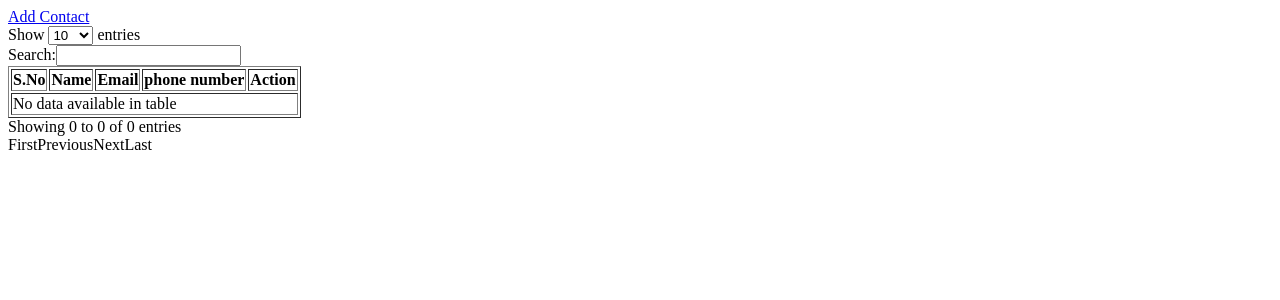
Repository: hsreekanth/Spring-boot-projects
Page: http://localhost/phonebook_app/views/viewContacts.jsp
The author's editor kept a copy of each file at every save. The page is drawn from the files as they stood at one save, then again after the next save.
The browser window is 1280 px wide. The pictures show the whole page.
Some web libraries are served in a nearby version. The page is served by Tomcat 9. Other server files are loaded and not shown. The template is opened directly, without the code that normally fills it, so the values that code supplies are empty.

Above is the page before, as saved 2020-07-10 08:39:53.

### phonebook_app/src/main/webapp/views/viewContacts.jsp
<%@ page language="java" contentType="text/html; charset=ISO-8859-1"
    pageEncoding="ISO-8859-1"%>
<%@ taglib uri="http://java.sun.com/jsp/jstl/core" prefix="c" %>
<!DOCTYPE html>
<html lang="en">
<head>
<meta charset="ISO-8859-1">
<title>Insert title here</title>
<link href="https://cdn.datatables.net/1.10.21/css/jquery.dataTables.min.css" rel="stylesheet" type="css/text">
<script src="https://code.jquery.com/jquery-3.5.1.js"></script>
<script src="https://cdn.datatables.net/1.10.21/js/jquery.dataTables.min.js"></script>
<script>
$(document).ready(function() {
    $('#contactTbl').DataTable( {
        "pagingType": "full_numbers"
    } );
} );
   function deleteConfirmation(){
         return confirm("are you sure, You wanted to delete");
	   }
</script>
</head>

<body>

<a href="loadform">Add Contact</a>


<table border="1" id="contactTbl">
  <thead>
      <tr>
         <th id="s.no">S.No</th>
         <th id="name">Name</th>
         <th id="email">Email</th>
         <th id="number">phone number</th>
         <th id="action">Action</th>
      </tr>
  </thead>
  <tbody>
     <c:forEach items="${contacts}" var="c" varStatus="index">
        <tr>
           <td>${index.count}</td>
            <td>${c.contactName}</td>
             <td>${c.contactEmail}</td>
              <td>${c.phoneNumber}</td>
              <td>
                 <a href="editContact?cid=${c.contactId}">Edit</a> |
                 <a href="deleteContact?cid=${c.contactId}" onClick="return deleteConfirmation();">Delete</a>
              </td>
        </tr>
     </c:forEach>

  </tbody>
</table>
</body>
</html>

After the next save:
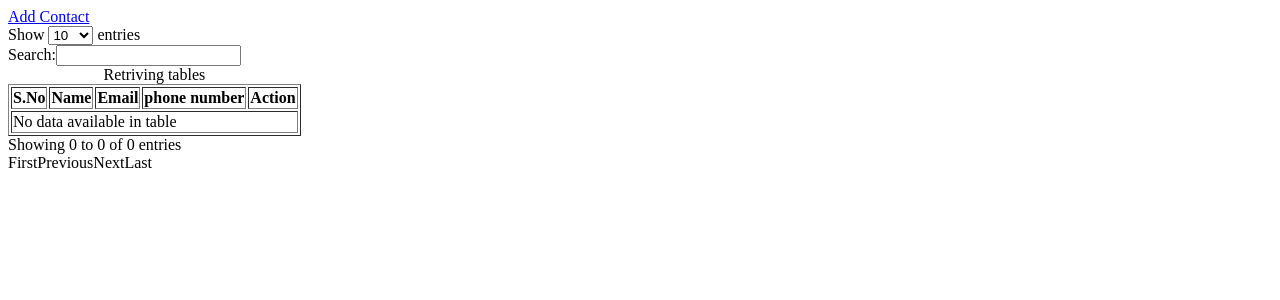
Saved 46 s later.
--- a/phonebook_app/src/main/webapp/views/viewContacts.jsp
+++ b/phonebook_app/src/main/webapp/views/viewContacts.jsp
@@ -27,6 +27,7 @@ $(document).ready(function() {
 
 
 <table border="1" id="contactTbl">
+<caption>Retriving tables</caption>
   <thead>
       <tr>
          <th id="s.no">S.No</th>
